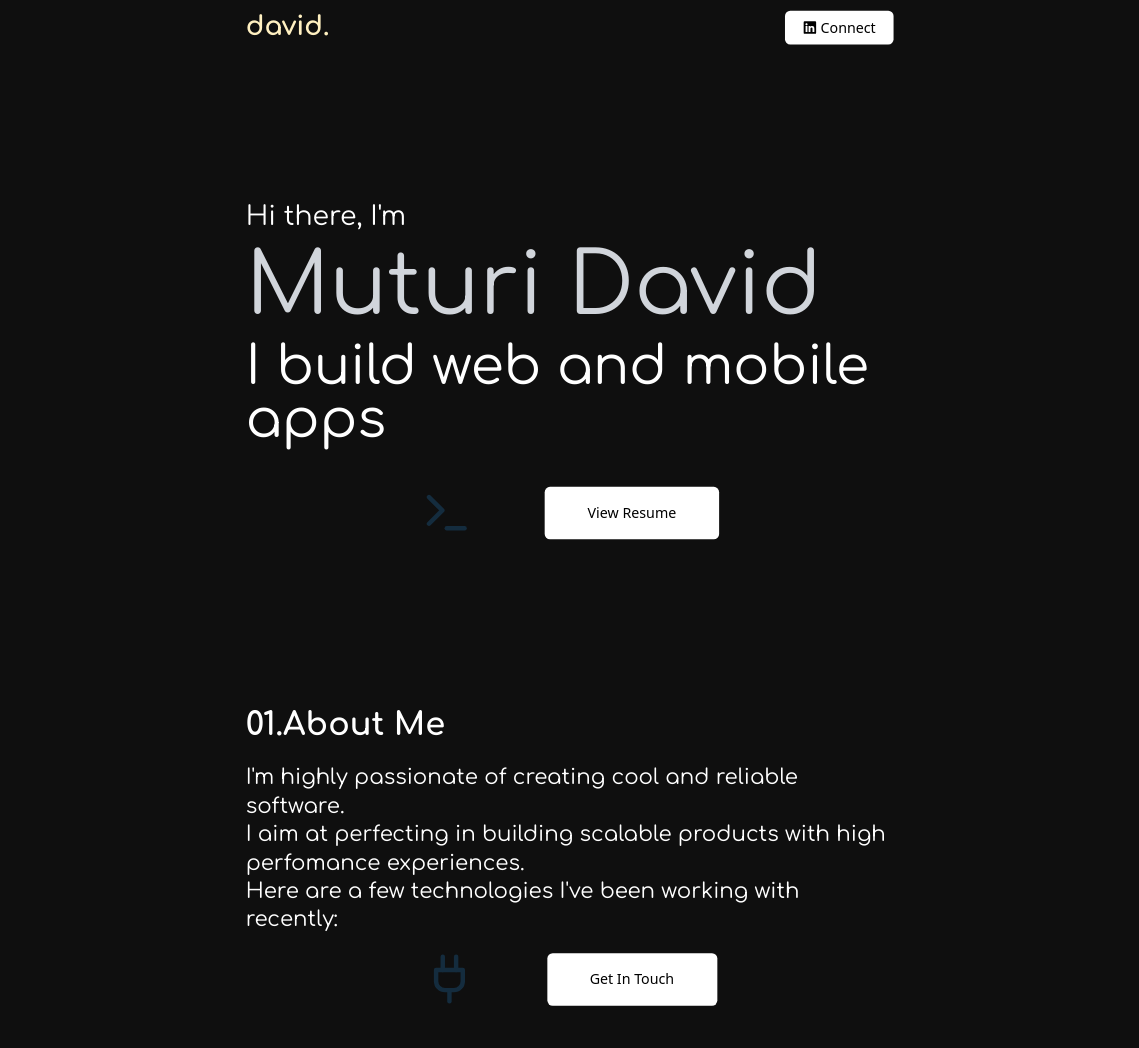
Repository: tushcmd/tushdev-portfolio
Page: /
An editor plug-in stored every save of this project. The page is shown before and after the next save, followed by the edit.
The browser window is 1280 px wide. The pictures show the whole page, at 89% of full size.
The project was rebuilt for these pictures with package versions that can differ from the ones it lists, and the page was loaded fresh each time. The framework's server and built-in components were replaced by stand-ins that run in the browser. Also part of the build but not shown: next.config.js.

Above is the page before, as saved 2023-12-15 03:57:35.

### app/layout.tsx
import type { Metadata } from 'next'
import { Inter } from 'next/font/google'
import './globals.css'

const inter = Inter({ subsets: ['latin'] })

export const metadata: Metadata = {
  title: 'Muturi | Software Engineer',
  description: 'This is my Portfolio',

}

export default function RootLayout({
  children,
}: {
  children: React.ReactNode
}) {
  return (
    <html lang="en">
      <head>
        <link rel="icon" href="./public/favicon.ico" />
      </head>
      <body className={`{inter.className} bg-primary w-full overflow-visible`} >{children}</body>
    </html>
  )
}

### app/page.tsx
import Navbar from '@/app/ui/nav';
import Hero from '@/app/ui/hero';
import About from './ui/about';

export default function Page() {
  return (
    <main>
      <Navbar />
      <Hero />
      <About />
    </main>
  );
}

### app/ui/nav.tsx
import Link from 'next/link';
import { comfortaa } from '@/app/ui/fonts';

export default async function Navbar() {
  return (
    <div className='flex justify-center items-center'>
      <div className='sticky flex items-start md:max-w-3xl py-3 w-full md:px-5 px-5 justify-between'>
        <Link
          href='/'
          className={`${comfortaa.className} antialiased font-bold text:2xl md:text-3xl text-logo`}
        >
          david<span>.</span>
        </Link>
        <div className='flex items-center gap-2'>
          <a
            href='https://www.linkedin.com/in/muturi-david-44b505208/'
            target='_blank'
            rel='_noreferrer'
            className='flex items-center gap-1 md:hover:bg-slate-200 rounded-md px-5 bg-white text-black font-medium py-[0.45rem]'
          >
            <svg
              stroke='currentColor'
              fill='currentColor'
              stroke-width='0'
              viewBox='0 0 448 512'
              className='mt-[0.03rem]'
              height='1em'
              width='1em'
              xmlns='http://www.w3.org/2000/svg'
            >
              <path d='M416 32H31.9C14.3 32 0 46.5 0 64.3v383.4C0 465.5 14.3 480 31.9 480H416c17.6 0 32-14.5 32-32.3V64.3c0-17.8-14.4-32.3-32-32.3zM135.4 416H69V202.2h66.5V416zm-33.2-243c-21.3 0-38.5-17.3-38.5-38.5S80.9 96 102.2 96c21.2 0 38.5 17.3 38.5 38.5 0 21.3-17.2 38.5-38.5 38.5zm282.1 243h-66.4V312c0-24.8-.5-56.7-34.5-56.7-34.6 0-39.9 27-39.9 54.9V416h-66.4V202.2h63.7v29.2h.9c8.9-16.8 30.6-34.5 62.9-34.5 67.2 0 79.7 44.3 79.7 101.9V416z'></path>
            </svg>
            Connect
          </a>
        </div>
      </div>
    </div>
  );
}

### app/ui/hero.tsx
import { opensans } from '@/app/ui/fonts';
import { inter } from '@/app/ui/fonts';
import { comfortaa } from '@/app/ui/fonts';
import hero from '@/constants/hero';
import { Terminal } from 'lucide-react';

export default async function Hero() {
  return (
    <section className='relative flex flex-col justify-center md:h-screen items-center md:py-16 py-6 overflow-auto'>
      <div className='flex items-start flex-col md:max-w-3xl pb-6 w-full md:px-5 px-5 justify-between'>
        <p className={`${comfortaa.className} text-3xl text-white pb-3`}>
          Hi there, I&apos;m
        </p>
        <h6
          className={`${comfortaa.className} text-5xl md:text-8xl text-[#D1D5DB] text-bold pb-3`}
        >
          {hero.name}
        </h6>
        <p className={`${comfortaa.className} text-4xl md:text-6xl text-white`}>
          {hero.paragraph}
        </p>
      </div>
      <div className='flex flex-row md:max-w-3xl pt-3 md:pt-5 pb-3 w-full md:px-5 px-5 justify-center space-x-12 md:space-x-20'>
        <svg
          xmlns='http://www.w3.org/2000/svg'
          width='60'
          height='60'
          viewBox='0 0 24 24'
          fill='none'
          stroke='#142c3e'
          stroke-width='2'
          stroke-linecap='round'
          stroke-linejoin='round'
          className='lucide lucide-terminal'
        >
          <polyline points='4 17 10 11 4 5' />
          <line x1='12' x2='20' y1='19' y2='19' />
        </svg>
        <div className='flex items-center gap-2'>
          <a
            href='/'
            target='_blank'
            rel='_noreferrer'
            className='flex items-center gap-1 md:hover:bg-slate-200 rounded-md px-12 bg-white text-black font-medium py-[1.08rem]'
          >
            View Resume
          </a>
        </div>
      </div>
    </section>
  );
}

### app/ui/about.tsx
import Image from 'next/image';
import { comfortaa } from '@/app/ui/fonts';
import about from '@/constants/about';

export default async function About() {
  return (
    <section className='relative flex flex-col justify-center items-center pt-3'>
      <div className='flex items-start flex-col md:max-w-3xl pb-6 w-full md:px-5 px-5 justify-between'>
        <h6
          className={`${comfortaa.className} text-white font-bold text-4xl hover:border-0 hover:text-[#142c3e] pb-6`}
        >
          01.About Me
        </h6>
        <p className={`${comfortaa.className} text-white text-2xl`}>
          I&apos;m {about.paragraph} <br />
          {about.paragraph2}
        </p>
        <p className={`${comfortaa.className} text-white text-2xl`}>
          Here are a few technologies I&apos;ve been working with recently:
        </p>
        <div className='flex flex-row md:max-w-3xl pt-3 md:pt-5 py-6 w-full md:px-5 px-5 justify-center space-x-12 md:space-x-20'>
          <svg
            xmlns='http://www.w3.org/2000/svg'
            width='60'
            height='60'
            viewBox='0 0 24 24'
            fill='none'
            stroke='#142c3e'
            stroke-width='2'
            stroke-linecap='round'
            stroke-linejoin='round'
            className='lucide lucide-plug'
          >
            <path d='M12 22v-5' />
            <path d='M9 8V2' />
            <path d='M15 8V2' />
            <path d='M18 8v5a4 4 0 0 1-4 4h-4a4 4 0 0 1-4-4V8Z' />
          </svg>
          <div className='flex items-center gap-2'>
            <a
              href='/'
              target='_blank'
              rel='_noreferrer'
              className='flex items-center gap-1 md:hover:bg-slate-200 rounded-md px-12 bg-white text-black font-medium py-[1.08rem]'
            >
              Get In Touch
            </a>
          </div>
        </div>
      </div>
    </section>
  );
}

### app/ui/fonts.ts
import { Inter, Comfortaa, Open_Sans } from 'next/font/google';

export const inter = Inter({ subsets: ['latin'] });

export const comfortaa = Comfortaa({
  weight: ['400', '700'],
  subsets: ['latin'],
});

export const opensans = Open_Sans({
    weight: ['300', '400', '500', '600', '700', '800'],
    subsets: ['latin']
});

### constants/hero.ts
interface Hero {
    greet: string;
    name: string;
    paragraph: string;
}

const hero: Hero = {
    greet: 'Hi there, I am',
    name: 'Muturi David',
    paragraph: `I build web and mobile
    apps`,
};

export default hero;

### constants/about.ts
interface About {
    paragraph: string;
    paragraph2: string;
}

const about: About = {
    paragraph: ' highly passionate of creating cool and reliable software.',
    paragraph2: 'I aim at perfecting in building scalable products with high perfomance experiences. ',
};

export default about;

### tailwind.config.ts
import type { Config } from 'tailwindcss'

const config: Config = {
  content: [
    './pages/**/*.{js,ts,jsx,tsx,mdx}',
    './components/**/*.{js,ts,jsx,tsx,mdx}',
    './app/**/*.{js,ts,jsx,tsx,mdx}',
  ],
  theme: {
    extend: {
      colors: {
        primary: "#0F0F0F",
        heading: "#FFFFFF",
        logo: "#FFF0C1",
        dimGray: "D1D5DB",
        iconBg: '#9CA3AF',
        iconText: '202020',
      },
      screens: {
        sm: '480px',
        md: '768px',
        lg: '976px',
        xl: '1440px',
      },
    },
  },
  plugins: [],
}
export default config

Loaded but not shown: app/globals.css (common file)

After the next save:
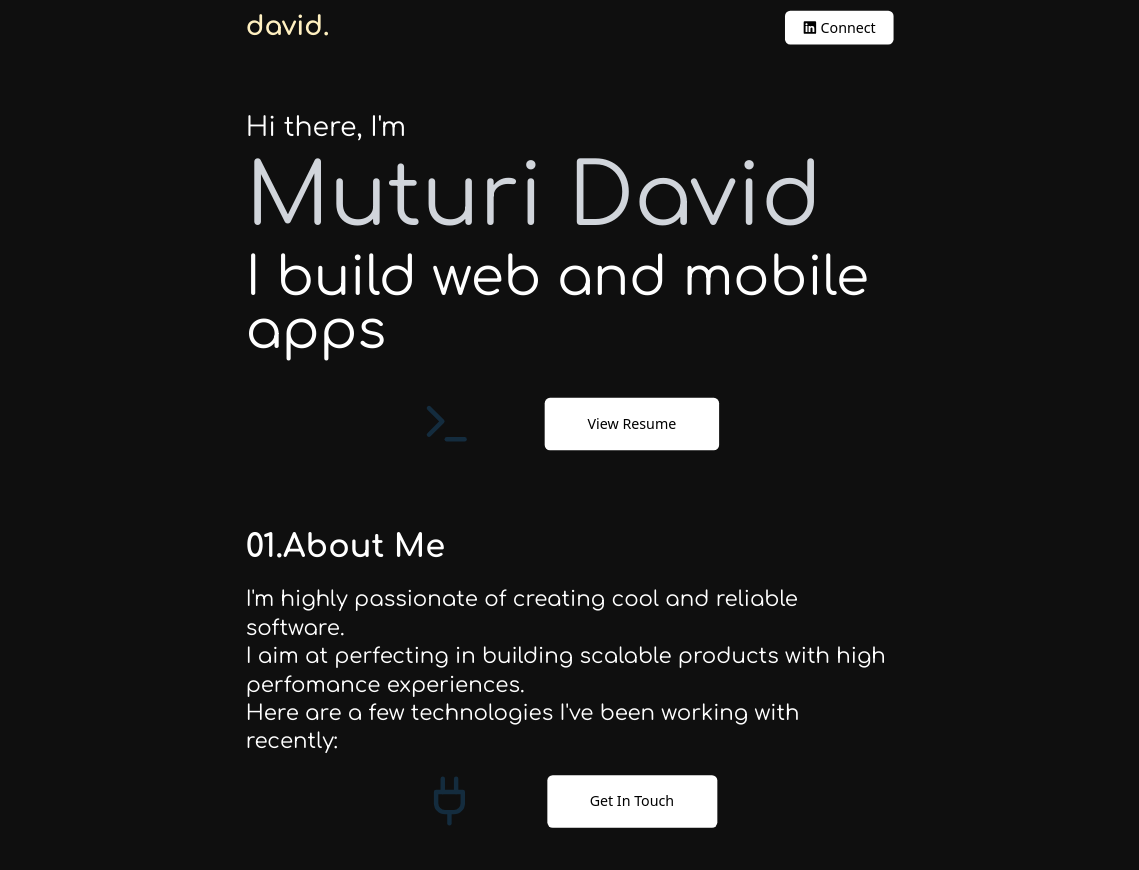
Saved 103 s later.
--- a/app/ui/hero.tsx
+++ b/app/ui/hero.tsx
@@ -6,7 +6,7 @@ import { Terminal } from 'lucide-react';
 
 export default async function Hero() {
   return (
-    <section className='relative flex flex-col justify-center md:h-screen items-center md:py-16 py-6 overflow-auto'>
+    <section className='relative flex flex-col justify-center items-center md:py-16 py-6 overflow-auto'>
       <div className='flex items-start flex-col md:max-w-3xl pb-6 w-full md:px-5 px-5 justify-between'>
         <p className={`${comfortaa.className} text-3xl text-white pb-3`}>
           Hi there, I&apos;m
